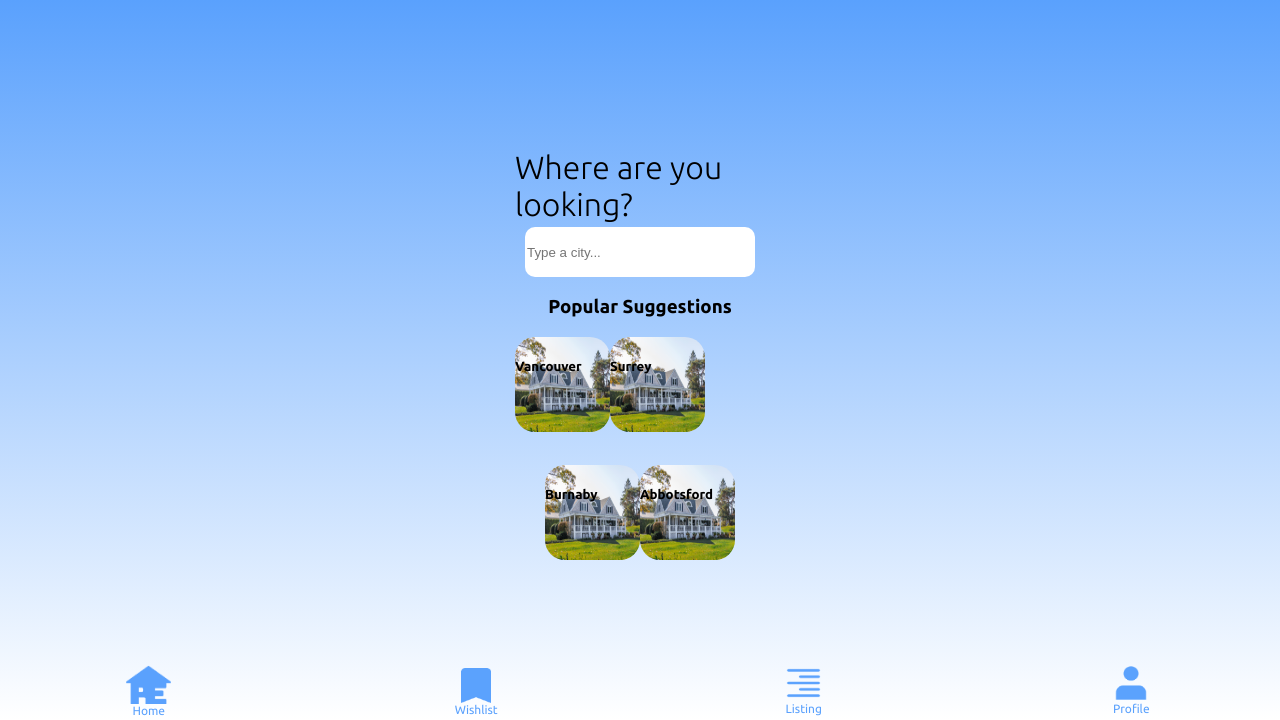
Repository: msyukurrr/realeasy
Page: /listing
These files come from the project's save history. The page is drawn as it stood at one moment and after the next save; the edit follows.
The browser window is 1280 px wide. The pictures show the whole page.
The project was rebuilt for these pictures with package versions that can differ from the ones it lists, and the page was loaded fresh each time. The framework's server and built-in components were replaced by stand-ins that run in the browser. Also part of the build but not shown: next.config.js, components/Button.js.

Above is the page before, as saved 2023-01-27 20:37:28.

After the next save:
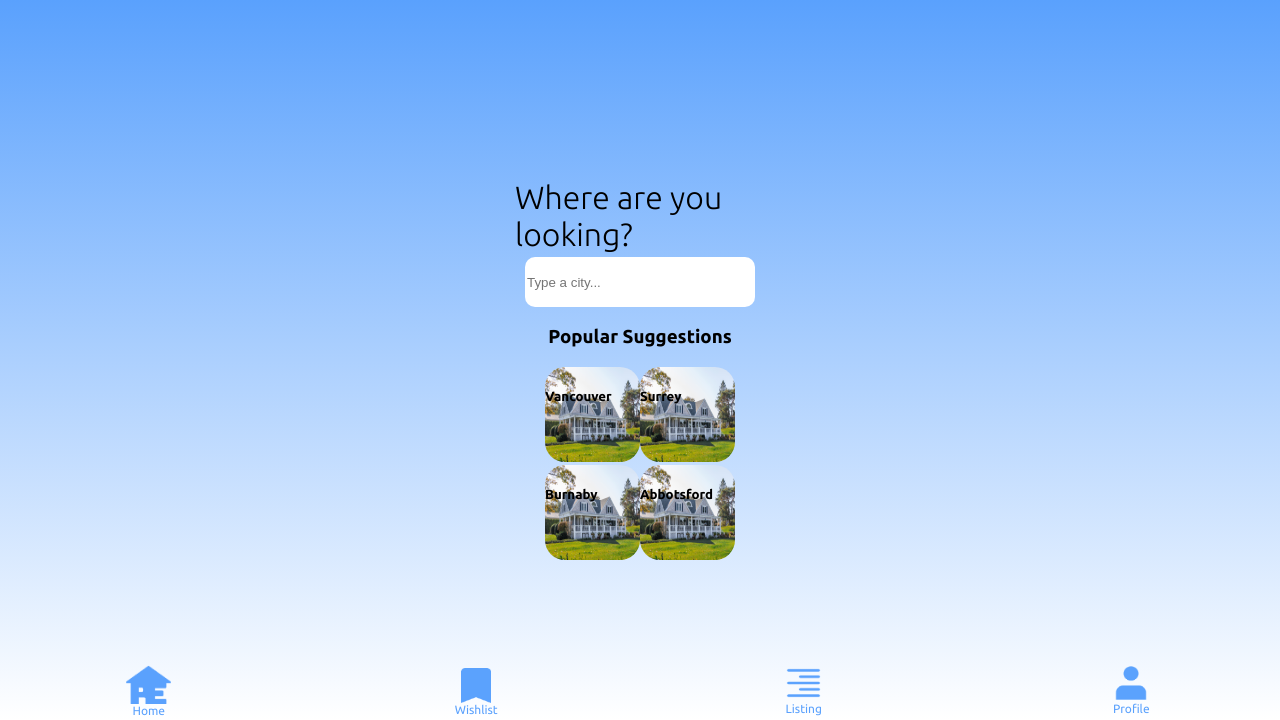
Saved 5 s later.
--- a/pages/listing.js
+++ b/pages/listing.js
@@ -34,7 +34,7 @@ export default function Listing({
             </div>
         </div>
 
-        <div style={{display:'flex', flexDirection:'row', padding:30}}>
+        <div style={{display:'flex', flexDirection:'row'}}>
             <div>
                 <h5 style={{display:'flex', position:'absolute'}}>Burnaby</h5>
                 <img src="house.png" style={{width:95, height:95, borderRadius:20}}/>
